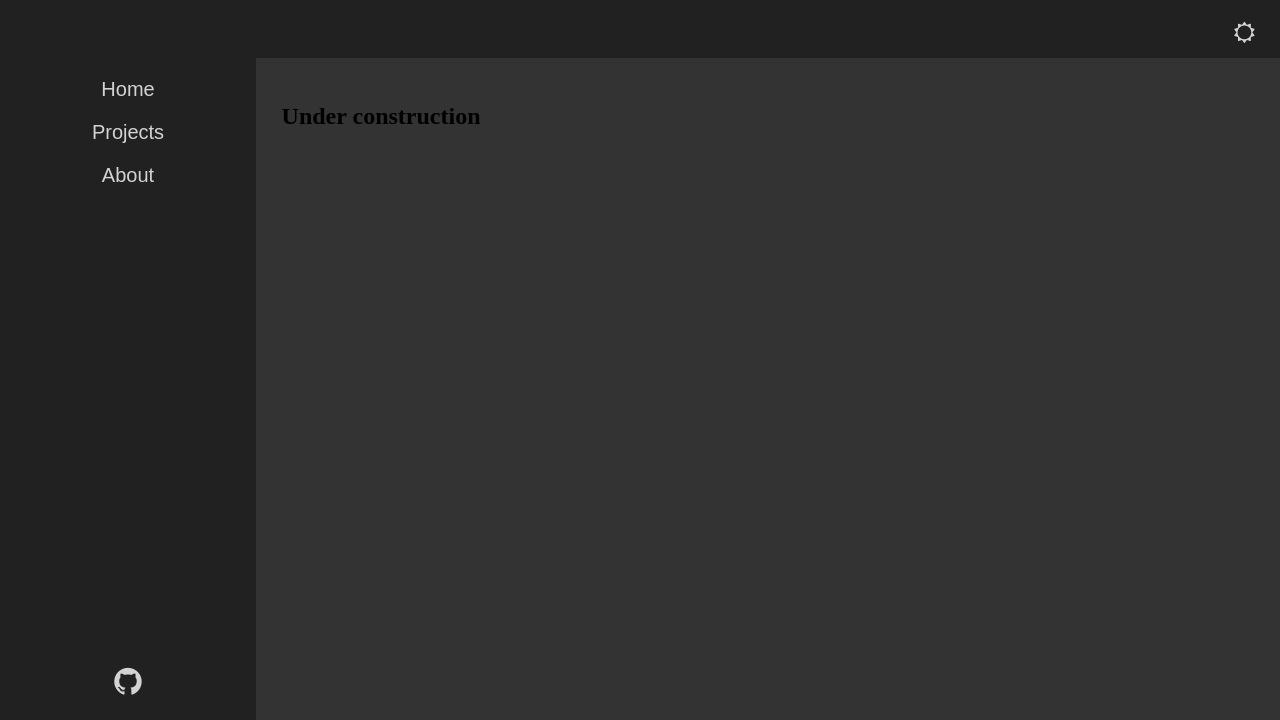
Repository: josephinel6/josephinel6.github.io
Page: index.html
The author's editor kept a copy of each file at every save. The page is drawn from the files as they stood at one save, then again after the next save.
The browser window is 1280 px wide. The pictures show the whole page.

Above is the page before, as saved 2023-04-06 13:12:16.

After the next save:
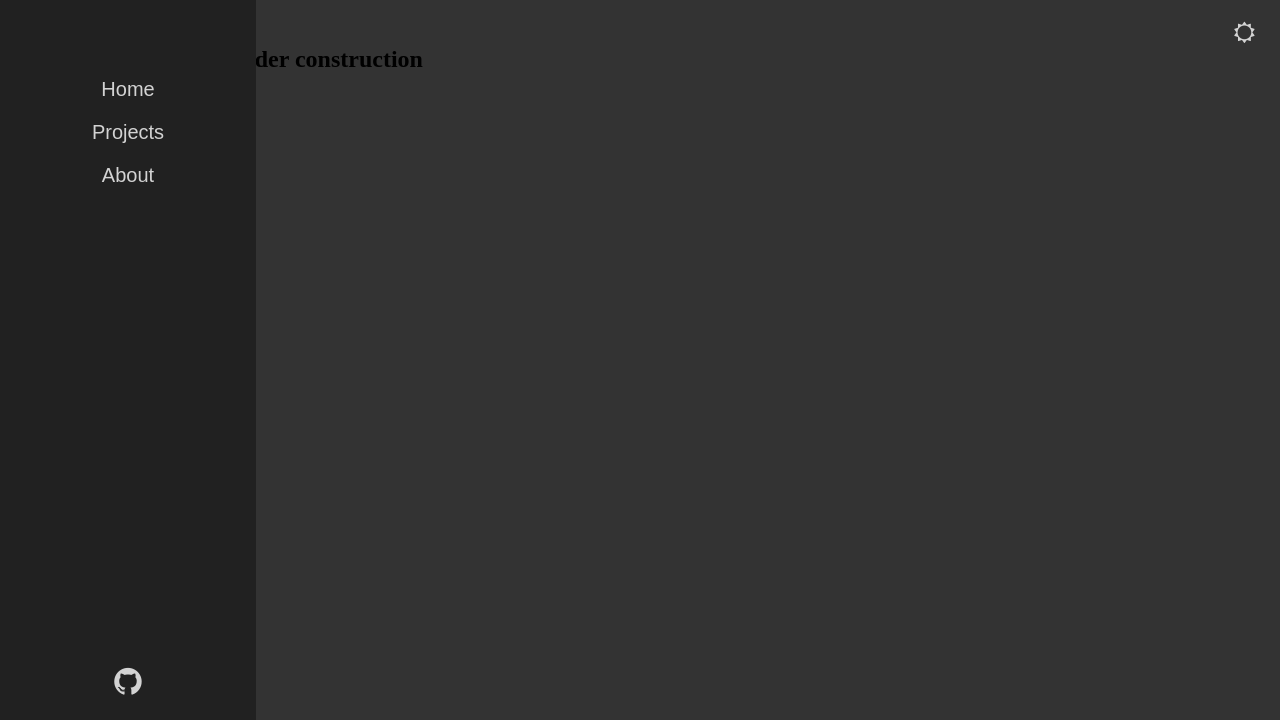
Saved 17 s later.
--- a/index.html
+++ b/index.html
@@ -90,6 +90,7 @@
             overflow: hidden;
             width: 80%;
             right: 0;
+            padding: 2.5%;
             bottom: 0;
         }
 
@@ -102,7 +103,6 @@
             width: 100%;
             position: absolute;
             overflow-y: scroll;
-            padding: 2.5%;
             /* margin-top: 2.5%;
             margin-left: 2.5%; */
         }

After the save that followed:
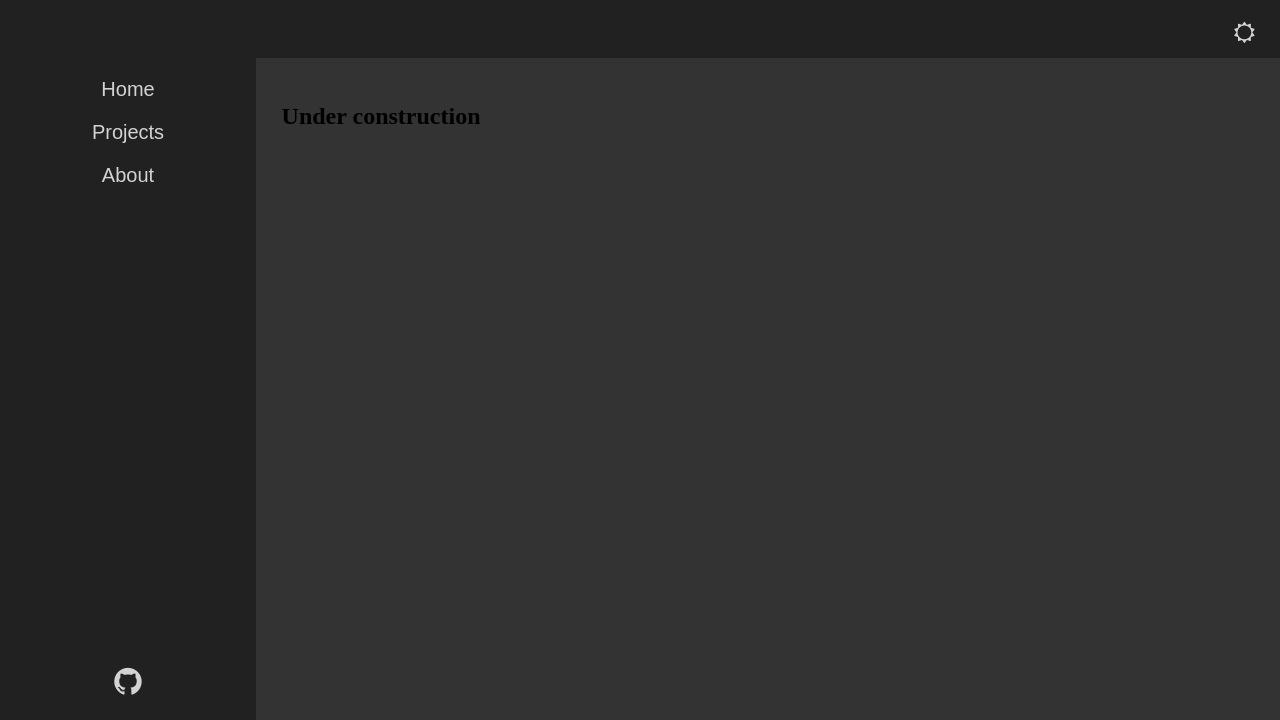
Saved 8 s later.
--- a/index.html
+++ b/index.html
@@ -90,7 +90,6 @@
             overflow: hidden;
             width: 80%;
             right: 0;
-            padding: 2.5%;
             bottom: 0;
         }
 
@@ -103,6 +102,7 @@
             width: 100%;
             position: absolute;
             overflow-y: scroll;
+            padding: 2.5%;
             /* margin-top: 2.5%;
             margin-left: 2.5%; */
         }
